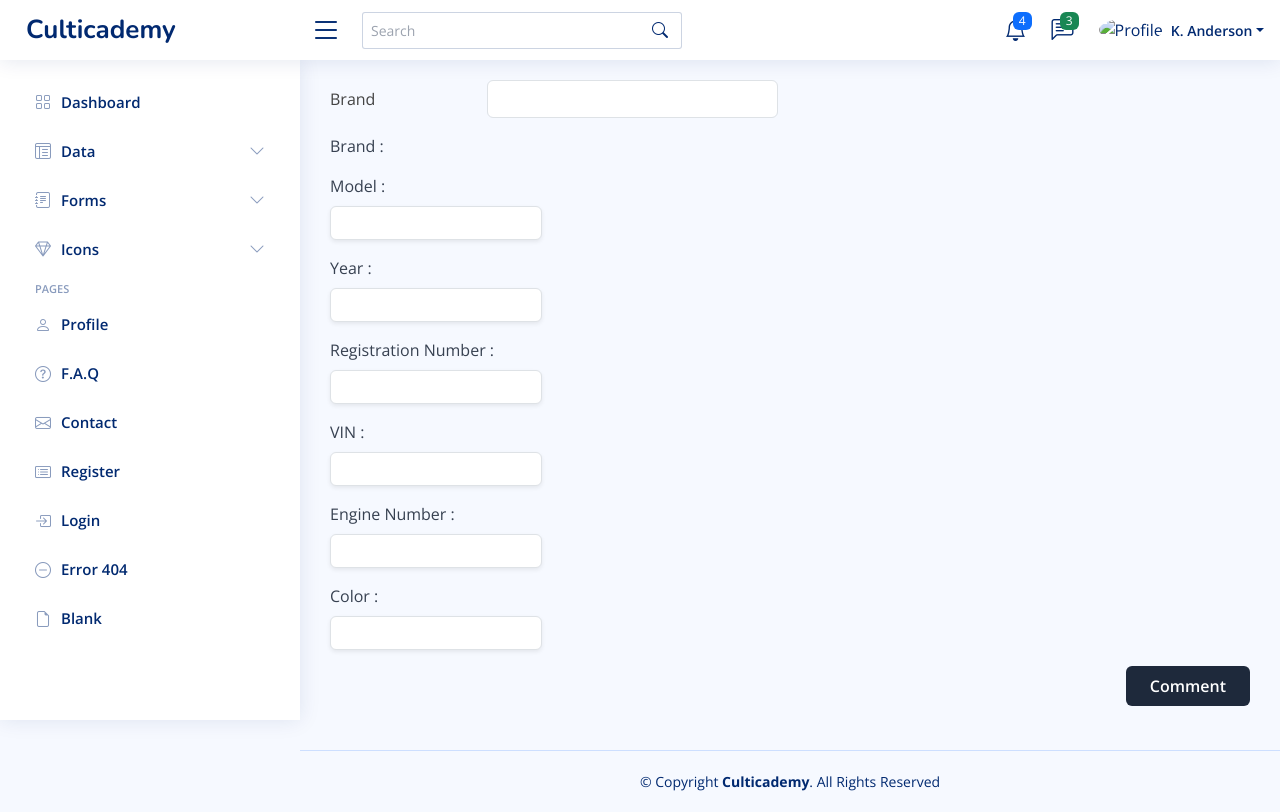
Repository: Jistoper/car_rental
Page: http://localhost/create
The author's editor kept a copy of each file at every save. The page is drawn from the files as they stood at one save, then again after the next save.
The browser window is 1280 px wide. The pictures show the whole page.
The page is served by the project's Laravel application, run on PHP 8.4 with Laravel 9. Other server files are loaded and not shown. Style sheets and scripts are compiled from the project's sources, by tool versions that may differ from the author's.

Above is the page before, as saved 2023-06-22 14:21:04.

### routes/web.php
<?php

use Illuminate\Support\Facades\Route;
use App\Http\Controllers\carcontroller;

/*
|--------------------------------------------------------------------------
| Web Routes
|--------------------------------------------------------------------------
|
| Here is where you can register web routes for your application. These
| routes are loaded by the RouteServiceProvider within a group which
| contains the "web" middleware group. Now create something great!
|
*/

Route::get('/dashboard', function () {
    return view('backsite.dashboard');
})->name('dashboard');

Route::controller(CarController::class)->as('car.')->group(function(){
    Route::get('/car', 'getall')->name('getall');
    Route::get('/create', 'create')->name('create');
    Route::post('/create', 'store')->name('store');
});

### app/Http/Controllers/carcontroller.php
<?php

namespace App\Http\Controllers;

use Illuminate\Http\Request;
use Illuminate\Support\Facades\Http;
use Illuminate\Support\Facades\View;


class CarController extends Controller
{
    public function getall()
    {
        $response = Http::get('http://localhost:8080/api/cars');
        $cars = json_decode($response, true);

        return view('backsite.content.car.cartable', ['Cars' => $cars['Cars']]);
    }

    public function getbyid()
    {

    }

    public function create()
    {
        return View('backsite.content.car.createcar');
    }

    public function storeCar()
    {
        $data = [
            "brand" => "Toyota",
            "model" => "Avanza",
            "year" => 2022,
            "registration_number" => "AB123CD",
            "vin" => "1HGCM82633A123456",
            "engine_number" => "ENG123456789",
            "color" => "Black",
            "is_available" => true
        ];

        $token = "Bearer eyJhbGciOiJIUzI1NiIsInR5cCI6IkpXVCJ9.eyJleHAiOjE2ODkxNjgwMjMsInN1YiI6InRlc3QxMiJ9.-ezLSqJzIuUbum_p1NXeInNHkG953SP_4fMdbOgrlUo"; // Replace with your actual auth token

        $response = Http::withHeaders([
            "Authorization" => $token,
            "Content-Type" => "application/json",
        ])->post('http://localhost:8080/api/cars', $data);
    }

    public function update()
    {

    }

    public function delete()
    {

    }
}

### resources/views/backsite/content/car/createcar.blade.php
@extends('backsite.dashboard')

@section('content')

<div>
    <form action="{{ route('car.store') }}" method="POST" class="mb-4">
        @csrf
        <div class="row mb-3">
            <label for="inputText" class="col-sm-2 col-form-label">Brand</label>
            <div class="col-sm-4">
                <input type="text" name="brand" id="brand" class="form-control @error('brand') border-red-500 @enderror" value="{{ old('brand') }}">
            </div>
        </div>
        <div class="mb-3">
            <label class="block text-gray-700 mb-2" for="message">
                Brand :
            </label>
            <div>
            </div>
        </div>
        <div class="mb-3">
            <label class="block text-gray-700 mb-2" for="message">
                Model :
            </label>
            <div>
                <input type="text" name="model" id="model" class="p-1 form-input rounded-md shadow-sm border border-gray-300 @error('model') border-red-500 @enderror" value="{{ old('model') }}">
            </div>
        </div>
        <div class="mb-3">
            <label class="block text-gray-700 mb-2" for="message">
                Year :
            </label>
            <div>
                <input type="text" name="year" id="year" class="p-1 form-input rounded-md shadow-sm border border-gray-300 @error('year') border-red-500 @enderror" value="{{ old('year') }}">
            </div>
        </div>
        <div class="mb-3">
            <label class="block text-gray-700 mb-2" for="message">
                Registration Number :
            </label>
            <div>
                <input type="text" name="registration_number" id="registration_number" class="p-1 form-input rounded-md shadow-sm border border-gray-300 @error('registration_number') border-red-500 @enderror" value="{{ old('registration_number') }}">
            </div>
        </div>
        <div class="mb-3">
            <label class="block text-gray-700 mb-2" for="message">
                VIN :
            </label>
            <div>
                <input type="text" name="vin" id="vin" class="p-1 form-input rounded-md shadow-sm border border-gray-300 @error('vin') border-red-500 @enderror" value="{{ old('vin') }}">
            </div>
        </div>
        <div class="mb-3">
            <label class="block text-gray-700 mb-2" for="message">
                Engine Number :
            </label>
            <div>
                <input type="text" name="engine_number" id="engine_number" class="p-1 form-input rounded-md shadow-sm border border-gray-300 @error('engine_number') border-red-500 @enderror" value="{{ old('engine_number') }}">
            </div>
        </div>
        <div class="mb-3">
            <label class="block text-gray-700 mb-2" for="message">
                Color :
            </label>
            <div>
            <input type="text" name="color" id="color" class="p-1 form-input rounded-md shadow-sm border border-gray-300 @error('color') border-red-500 @enderror" value="{{ old('color') }}">
            </div>
        </div>
        <div class="flex items-center justify-end">
            <button class="flex items-center space-x-1 bg-slate-800 hover:bg-slate-700 text-white font-semibold py-2 px-4 rounded" onclick="getContent()" type="submit">
                <span>
                    Comment
                </span>
            </button>
        </div>
    </form>
</div>

@endsection

### resources/views/backsite/partials/header.blade.php
<header id="header" class="header fixed-top d-flex align-items-center">
    <div class="d-flex align-items-center justify-content-between">
      <a href="{{ route('dashboard') }}" class="logo d-flex align-items-center">
        <img src="assets/img/logo.png" alt="">
        <span class="d-none d-lg-block">Culticademy</span>
      </a>
      <i class="bi bi-list toggle-sidebar-btn"></i>
    </div><!-- End Logo -->

    <div class="search-bar">
      <form class="search-form d-flex align-items-center" method="POST" action="#">
        <input type="text" name="query" placeholder="Search" title="Enter search keyword">
        <button type="submit" title="Search"><i class="bi bi-search"></i></button>
      </form>
    </div><!-- End Search Bar -->

    <nav class="header-nav ms-auto">
      <ul class="d-flex align-items-center">

        <li class="nav-item d-block d-lg-none">
          <a class="nav-link nav-icon search-bar-toggle " href="#">
            <i class="bi bi-search"></i>
          </a>
        </li><!-- End Search Icon-->

        <li class="nav-item dropdown">

          <a class="nav-link nav-icon" href="#" data-bs-toggle="dropdown">
            <i class="bi bi-bell"></i>
            <span class="badge bg-primary badge-number">4</span>
          </a><!-- End Notification Icon -->

          <ul class="dropdown-menu dropdown-menu-end dropdown-menu-arrow notifications">
            <li class="dropdown-header">
              You have 4 new notifications
              <a href="#"><span class="badge rounded-pill bg-primary p-2 ms-2">View all</span></a>
            </li>
            <li>
              <hr class="dropdown-divider">
            </li>

            <li class="notification-item">
              <i class="bi bi-exclamation-circle text-warning"></i>
              <div>
                <h4>Lorem Ipsum</h4>
                <p>Quae dolorem earum veritatis oditseno</p>
                <p>30 min. ago</p>
              </div>
            </li>

            <li>
              <hr class="dropdown-divider">
            </li>

            <li class="notification-item">
              <i class="bi bi-x-circle text-danger"></i>
              <div>
                <h4>Atque rerum nesciunt</h4>
                <p>Quae dolorem earum veritatis oditseno</p>
                <p>1 hr. ago</p>
              </div>
            </li>

            <li>
              <hr class="dropdown-divider">
            </li>

            <li class="notification-item">
              <i class="bi bi-check-circle text-success"></i>
              <div>
                <h4>Sit rerum fuga</h4>
                <p>Quae dolorem earum veritatis oditseno</p>
                <p>2 hrs. ago</p>
              </div>
            </li>

            <li>
              <hr class="dropdown-divider">
            </li>

            <li class="notification-item">
              <i class="bi bi-info-circle text-primary"></i>
              <div>
                <h4>Dicta reprehenderit</h4>
                <p>Quae dolorem earum veritatis oditseno</p>
                <p>4 hrs. ago</p>
              </div>
            </li>

            <li>
              <hr class="dropdown-divider">
            </li>
            <li class="dropdown-footer">
              <a href="#">Show all notifications</a>
            </li>

          </ul><!-- End Notification Dropdown Items -->

        </li><!-- End Notification Nav -->

        <li class="nav-item dropdown">

          <a class="nav-link nav-icon" href="#" data-bs-toggle="dropdown">
            <i class="bi bi-chat-left-text"></i>
            <span class="badge bg-success badge-number">3</span>
          </a><!-- End Messages Icon -->

          <ul class="dropdown-menu dropdown-menu-end dropdown-menu-arrow messages">
            <li class="dropdown-header">
              You have 3 new messages
              <a href="#"><span class="badge rounded-pill bg-primary p-2 ms-2">View all</span></a>
            </li>
            <li>
              <hr class="dropdown-divider">
            </li>

            <li class="message-item">
              <a href="#">
                <img src="assets/img/messages-1.jpg" alt="" class="rounded-circle">
                <div>
                  <h4>Maria Hudson</h4>
                  <p>Velit asperiores et ducimus soluta repudiandae labore officia est ut...</p>
                  <p>4 hrs. ago</p>
                </div>
              </a>
            </li>
            <li>
              <hr class="dropdown-divider">
            </li>

            <li class="message-item">
              <a href="#">
                <img src="assets/img/messages-2.jpg" alt="" class="rounded-circle">
                <div>
                  <h4>Anna Nelson</h4>
                  <p>Velit asperiores et ducimus soluta repudiandae labore officia est ut...</p>
                  <p>6 hrs. ago</p>
                </div>
              </a>
            </li>
            <li>
              <hr class="dropdown-divider">
            </li>

            <li class="message-item">
              <a href="#">
                <img src="assets/img/messages-3.jpg" alt="" class="rounded-circle">
                <div>
                  <h4>David Muldon</h4>
                  <p>Velit asperiores et ducimus soluta repudiandae labore officia est ut...</p>
                  <p>8 hrs. ago</p>
                </div>
              </a>
            </li>
            <li>
              <hr class="dropdown-divider">
            </li>

            <li class="dropdown-footer">
              <a href="#">Show all messages</a>
            </li>

          </ul><!-- End Messages Dropdown Items -->

        </li><!-- End Messages Nav -->

        <li class="nav-item dropdown pe-3">

          <a class="nav-link nav-profile d-flex align-items-center pe-0" href="#" data-bs-toggle="dropdown">
            <img src="assets/img/profile-img.jpg" alt="Profile" class="rounded-circle">
            <span class="d-none d-md-block dropdown-toggle ps-2">K. Anderson</span>
          </a><!-- End Profile Iamge Icon -->

          <ul class="dropdown-menu dropdown-menu-end dropdown-menu-arrow profile">
            <li class="dropdown-header">
              <h6>Kevin Anderson</h6>
              <span>Web Designer</span>
            </li>
            <li>
              <hr class="dropdown-divider">
            </li>

            <li>
              <a class="dropdown-item d-flex align-items-center" href="users-profile.html">
                <i class="bi bi-person"></i>
                <span>My Profile</span>
              </a>
            </li>
            <li>
              <hr class="dropdown-divider">
            </li>

            <li>
              <a class="dropdown-item d-flex align-items-center" href="users-profile.html">
                <i class="bi bi-gear"></i>
                <span>Account Settings</span>
              </a>
            </li>
            <li>
              <hr class="dropdown-divider">
            </li>

            <li>
              <a class="dropdown-item d-flex align-items-center" href="pages-faq.html">
                <i class="bi bi-question-circle"></i>
                <span>Need Help?</span>
              </a>
            </li>
            <li>
              <hr class="dropdown-divider">
            </li>

            <li>
              <a class="dropdown-item d-flex align-items-center" href="#">
                <i class="bi bi-box-arrow-right"></i>
                <span>Sign Out</span>
              </a>
            </li>

          </ul><!-- End Profile Dropdown Items -->
        </li><!-- End Profile Nav -->

      </ul>
    </nav><!-- End Icons Navigation -->
</header>

### resources/views/backsite/partials/sidebar.blade.php
<aside id="sidebar" class="sidebar">

    <ul class="sidebar-nav" id="sidebar-nav">

      <li class="nav-item">
        <a class="nav-link collapsed" href="{{ route('dashboard') }}">
          <i class="bi bi-grid"></i>
          <span>Dashboard</span>
        </a>
      </li><!-- End Dashboard Nav -->

      <li class="nav-item">
        <a class="nav-link collapsed" data-bs-target="#tables-nav" data-bs-toggle="collapse" href="#">
          <i class="bi bi-layout-text-window-reverse"></i><span>Data</span><i class="bi bi-chevron-down ms-auto"></i>
        </a>
        <ul id="tables-nav" class="nav-content collapse " data-bs-parent="#sidebar-nav">
          <li>
            <a href="{{ route('car.getall') }}">
              <i class="bi bi-circle"></i><span>Cars</span>
            </a>
          </li>
          <li>
            <a href="{{ route('dashboard') }}">
              <i class="bi bi-circle"></i><span>Data Tables</span>
            </a>
          </li>
        </ul>
      </li><!-- End Tables Nav -->

      <li class="nav-item">
        <a class="nav-link collapsed" data-bs-target="#forms-nav" data-bs-toggle="collapse" href="#">
          <i class="bi bi-journal-text"></i><span>Forms</span><i class="bi bi-chevron-down ms-auto"></i>
        </a>
        <ul id="forms-nav" class="nav-content collapse " data-bs-parent="#sidebar-nav">
          <li>
            <a href="forms-elements.html">
              <i class="bi bi-circle"></i><span>Form Elements</span>
            </a>
          </li>
          <li>
            <a href="forms-layouts.html">
              <i class="bi bi-circle"></i><span>Form Layouts</span>
            </a>
          </li>
          <li>
            <a href="forms-editors.html">
              <i class="bi bi-circle"></i><span>Form Editors</span>
            </a>
          </li>
          <li>
            <a href="forms-validation.html">
              <i class="bi bi-circle"></i><span>Form Validation</span>
            </a>
          </li>
        </ul>
      </li><!-- End Forms Nav -->

      <li class="nav-item">
        <a class="nav-link collapsed" data-bs-target="#icons-nav" data-bs-toggle="collapse" href="#">
          <i class="bi bi-gem"></i><span>Icons</span><i class="bi bi-chevron-down ms-auto"></i>
        </a>
        <ul id="icons-nav" class="nav-content collapse " data-bs-parent="#sidebar-nav">
          <li>
            <a href="icons-bootstrap.html">
              <i class="bi bi-circle"></i><span>Bootstrap Icons</span>
            </a>
          </li>
          <li>
            <a href="icons-remix.html">
              <i class="bi bi-circle"></i><span>Remix Icons</span>
            </a>
          </li>
          <li>
            <a href="icons-boxicons.html">
              <i class="bi bi-circle"></i><span>Boxicons</span>
            </a>
          </li>
        </ul>
      </li><!-- End Icons Nav -->

      <li class="nav-heading">Pages</li>

      <li class="nav-item">
        <a class="nav-link collapsed" href="users-profile.html">
          <i class="bi bi-person"></i>
          <span>Profile</span>
        </a>
      </li><!-- End Profile Page Nav -->

      <li class="nav-item">
        <a class="nav-link collapsed" href="pages-faq.html">
          <i class="bi bi-question-circle"></i>
          <span>F.A.Q</span>
        </a>
      </li><!-- End F.A.Q Page Nav -->

      <li class="nav-item">
        <a class="nav-link collapsed" href="pages-contact.html">
          <i class="bi bi-envelope"></i>
          <span>Contact</span>
        </a>
      </li><!-- End Contact Page Nav -->

      <li class="nav-item">
        <a class="nav-link collapsed" href="pages-register.html">
          <i class="bi bi-card-list"></i>
          <span>Register</span>
        </a>
      </li><!-- End Register Page Nav -->

      <li class="nav-item">
        <a class="nav-link collapsed" href="pages-login.html">
          <i class="bi bi-box-arrow-in-right"></i>
          <span>Login</span>
        </a>
      </li><!-- End Login Page Nav -->

      <li class="nav-item">
        <a class="nav-link collapsed" href="pages-error-404.html">
          <i class="bi bi-dash-circle"></i>
          <span>Error 404</span>
        </a>
      </li><!-- End Error 404 Page Nav -->

      <li class="nav-item">
        <a class="nav-link collapsed" href="pages-blank.html">
          <i class="bi bi-file-earmark"></i>
          <span>Blank</span>
        </a>
      </li><!-- End Blank Page Nav -->

    </ul>

  </aside><!-- End Sidebar-->

### public/assets/simple-datatables/style.css
.datatable-wrapper.no-header .datatable-container {
	border-top: 1px solid #d9d9d9;
}

.datatable-wrapper.no-footer .datatable-container {
	border-bottom: 1px solid #d9d9d9;
}

.datatable-top,
.datatable-bottom {
	padding: 8px 10px;
}

.datatable-top > nav:first-child,
.datatable-top > div:first-child,
.datatable-bottom > nav:first-child,
.datatable-bottom > div:first-child {
	float: left;
}

.datatable-top > nav:last-child,
.datatable-top > div:last-child,
.datatable-bottom > nav:last-child,
.datatable-bottom > div:last-child {
	float: right;
}

.datatable-selector {
	padding: 6px;
}

.datatable-input {
	padding: 6px 12px;
}

.datatable-info {
	margin: 7px 0;
}

/* PAGER */
.datatable-pagination ul {
	margin: 0;
	padding-left: 0;
}

.datatable-pagination li {
	list-style: none;
	float: left;
}

.datatable-pagination li.datatable-hidden {
    visibility: hidden;
}

.datatable-pagination a {
	border: 1px solid transparent;
	float: left;
	margin-left: 2px;
	padding: 6px 12px;
	position: relative;
	text-decoration: none;
	color: #333;
    cursor: pointer;
}

.datatable-pagination a:hover {
	background-color: #d9d9d9;
}

.datatable-pagination .datatable-active a,
.datatable-pagination .datatable-active a:focus,
.datatable-pagination .datatable-active a:hover {
	background-color: #d9d9d9;
	cursor: default;
}

.datatable-pagination .datatable-ellipsis a,
.datatable-pagination .datatable-disabled a,
.datatable-pagination .datatable-disabled a:focus,
.datatable-pagination .datatable-disabled a:hover {
    pointer-events: none;
    cursor: default;
}

.datatable-pagination .datatable-disabled a,
.datatable-pagination .datatable-disabled a:focus,
.datatable-pagination .datatable-disabled a:hover {
	cursor: not-allowed;
	opacity: 0.4;
}

.datatable-pagination .datatable-pagination a {
	font-weight: bold;
}

/* TABLE */
.datatable-table {
	max-width: 100%;
	width: 100%;
	border-spacing: 0;
	border-collapse: separate;
}

.datatable-table > tbody > tr > td,
.datatable-table > tbody > tr > th,
.datatable-table > tfoot > tr > td,
.datatable-table > tfoot > tr > th,
.datatable-table > thead > tr > td,
.datatable-table > thead > tr > th {
	vertical-align: top;
	padding: 8px 10px;
}

.datatable-table > thead > tr > th {
	vertical-align: bottom;
	text-align: left;
	border-bottom: 1px solid #d9d9d9;
}

.datatable-table > tfoot > tr > th {
	vertical-align: bottom;
	text-align: left;
	border-top: 1px solid #d9d9d9;
}

.datatable-table th {
	vertical-align: bottom;
	text-align: left;
}

.datatable-table th a {
	text-decoration: none;
	color: inherit;
}

.datatable-sorter, .datatable-filter {
	display: inline-block;
	height: 100%;
	position: relative;
	width: 100%;
}

.datatable-sorter::before,
.datatable-sorter::after {
	content: "";
	height: 0;
	width: 0;
	position: absolute;
	right: 4px;
	border-left: 4px solid transparent;
	border-right: 4px solid transparent;
	opacity: 0.2;
}


.datatable-sorter::before {
	border-top: 4px solid #000;
	bottom: 0px;
}

.datatable-sorter::after {
	border-bottom: 4px solid #000;
	border-top: 4px solid transparent;
	top: 0px;
}

.datatable-ascending .datatable-sorter::after,
.datatable-descending .datatable-sorter::before,
.datatable-ascending .datatable-filter::after,
.datatable-descending .datatable-filter::before {
	opacity: 0.6;
}

.datatable-filter::before {
    content: "";
    position: absolute;
    right: 4px;
    opacity: 0.2;
    width: 0;
    height: 0;
    border-left: 7px solid transparent;
    border-right: 7px solid transparent;
	border-radius: 50%;
    border-top: 10px solid #000;
    top: 25%;
}

.datatable-filter-active .datatable-filter::before {
    opacity: 0.6;
}

.datatable-empty {
	text-align: center;
}

.datatable-top::after, .datatable-bottom::after {
	clear: both;
	content: " ";
	display: table;
}

table.datatable-table:focus tr.datatable-cursor > td:first-child {
	border-left: 3px blue solid;
}

table.datatable-table:focus {
	outline: solid 1px black;
    outline-offset: -1px;
}

Loaded but not shown: app/Http/Controllers/Controller.php (common file); public/assets/bootstrap/css/bootstrap.min.css (library); public/assets/bootstrap-icons/bootstrap-icons.css (library); public/assets/boxicons/css/boxicons.min.css (library); public/assets/apexcharts/apexcharts.min.js (library); public/assets/bootstrap/js/bootstrap.bundle.min.js (library); public/assets/chart.js/chart.umd.js (library); public/assets/echarts/echarts.min.js (library); public/assets/quill/quill.min.js (library); public/assets/simple-datatables/simple-datatables.js (library); public/assets/tinymce/tinymce.min.js (library); resources/css/app.css (common file); public/js/main.js (321 lines, source omitted); public/assets/php-email-form/validate.js (85 lines, source omitted); tailwind.config.js (26 lines, source omitted); public/assets/remixicon/remixicon.css (2526 lines, source omitted); resources/views/backsite/dashboard.blade.php (741 lines, source omitted); public/assets/quill/quill.bubble.css (952 lines, source omitted); public/assets/quill/quill.snow.css (945 lines, source omitted); public/css/style.css (1233 lines, source omitted)

After the next save:
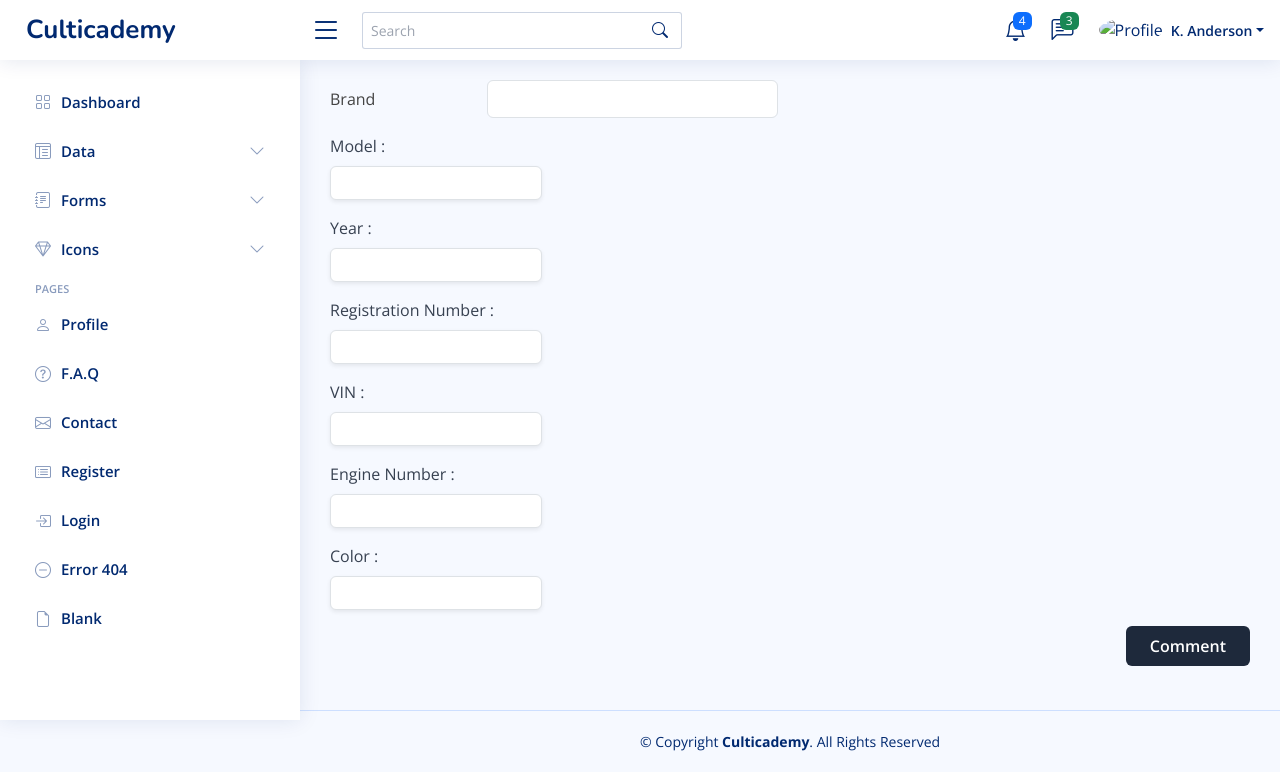
Saved 10 s later.
--- a/resources/views/backsite/content/car/createcar.blade.php
+++ b/resources/views/backsite/content/car/createcar.blade.php
@@ -9,13 +9,6 @@
             <label for="inputText" class="col-sm-2 col-form-label">Brand</label>
             <div class="col-sm-4">
                 <input type="text" name="brand" id="brand" class="form-control @error('brand') border-red-500 @enderror" value="{{ old('brand') }}">
-            </div>
-        </div>
-        <div class="mb-3">
-            <label class="block text-gray-700 mb-2" for="message">
-                Brand :
-            </label>
-            <div>
             </div>
         </div>
         <div class="mb-3">
